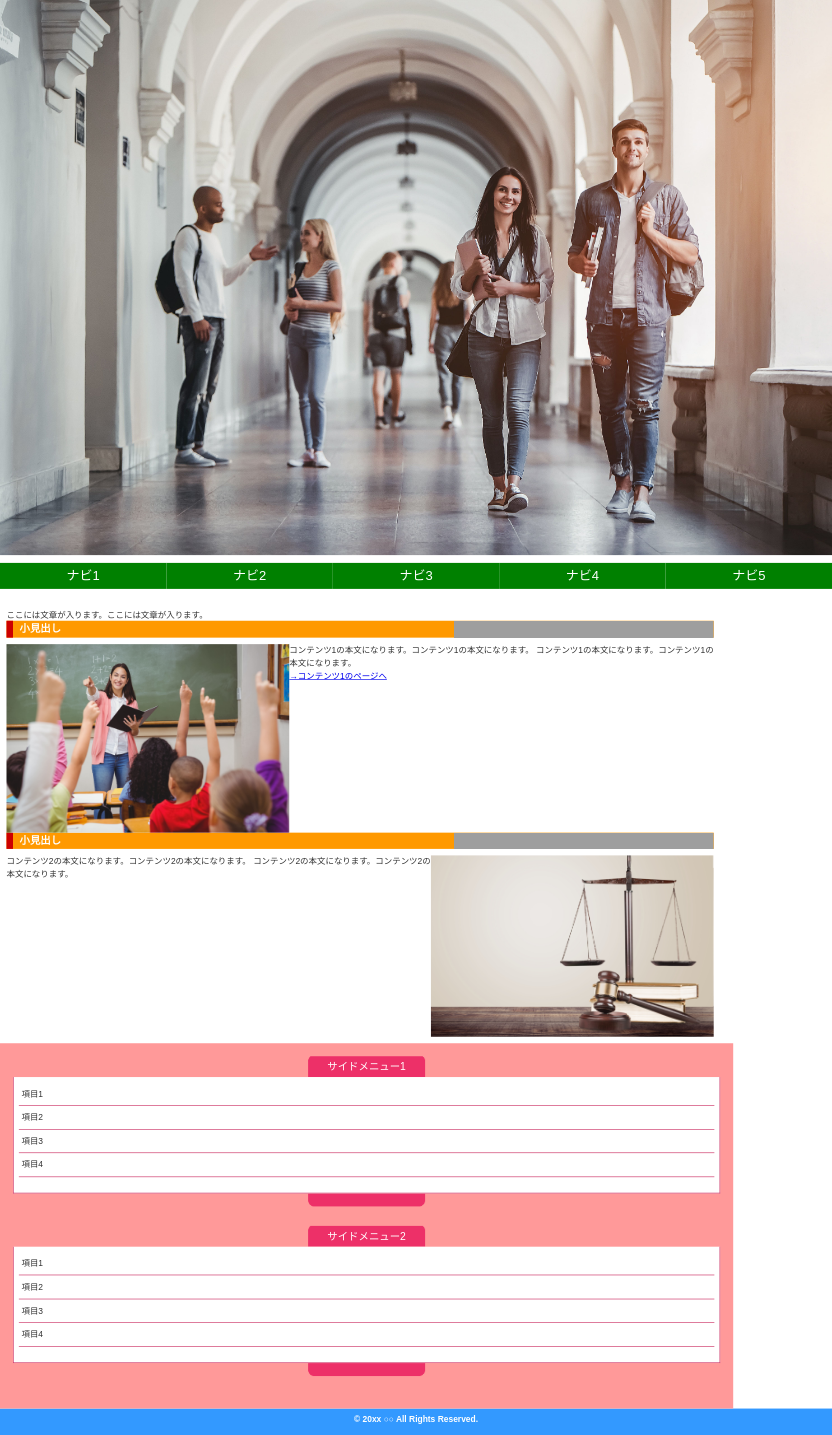
Repository: HeshaRI123/samurai_HTML-CSS
Page: index.html
The author's editor kept a record of every edit. The page is drawn from the files as they stood at one moment, then again after the next edit.
The browser window is 1280 px wide. The pictures show the whole page, at 65% of full size.
Pictures or frames that could not be fetched are drawn as grey boxes.

Above is the page before.

### index.html
<!DOCTYPE html>
<html lang="ja">
<head>
    <meta charset="UTF-8">
        <title>HTML/CSSの学習</title>
        <link rel="stylesheet" href="stylesheet.css">
</head>
<body>
    <div id="header">
        <h1><a href="index.html"><img id="corridor" src="images/corridor.jfif" alt="大学の廊下"></a> </h1>
    </div>
    <div id="wrapper">
        <div id="nav">
            <ul>
                <li><a href="home.html">ナビ1</a></li>
                <li><a href="#">ナビ2</a></li>
                <li><a href="#">ナビ3</a></li>
                <li><a href="#">ナビ4</a></li>
                <li><a href="#">ナビ5</a></li>
            </ul>
        </div>
        <div id="container">
            <div id="main">
                <div class="post">
                    <p>ここには文章が入ります。ここには文章が入ります。</p>
                </div>
                <div class="post clearfix">
                    <h2>小見出し</h2>
                    <img class="left" src="images/classroom.jpg" alt="授業風景" />
                    <p>
                        コンテンツ1の本文になります。コンテンツ1の本文になります。
                        コンテンツ1の本文になります。コンテンツ1の本文になります。
                    </p>
                    <p><a href="#">→コンテンツ1のページへ</a></p>
                </div>
                <div class="post clearfix">
                    <h2>小見出し</h2>
                    <img class="right" src="images/scale.jpg" alt="天秤" />
                    <p>
                        コンテンツ2の本文になります。コンテンツ2の本文になります。
                        コンテンツ2の本文になります。コンテンツ2の本文になります。
                    </p>
                </div>
            </div>
            <div id="side">
                <div class="box">
                    <h2>サイドメニュー1</h2>
                    <div class="boxBody">
                        <ul>
                            <li>項目1</li>
                            <li>項目2</li>
                            <li>項目3</li>
                            <li>項目4</li>
                        </ul>
                    </div>
                </div>
                <div class="box">
                    <h2>サイドメニュー2</h2>
                    <div class="boxBody">
                        <ul>
                            <li>項目1</li>
                            <li>項目2</li>
                            <li>項目3</li>
                            <li>項目4</li>
                        </ul>
                    </div>
                </div>

            </div>
        </div>
    </div>
    <div id="footer">
        <p>&copy; 20xx ○○ All Rights Reserved.</p>
    </div>
</body>
</html>

### stylesheet.css
@charset "utf-8";

body {
	margin: 0;
	padding: 0;
	font-family: "ヒラギノ角ゴ Pro W3", "Hiragino Kaku Gothic Pro", "メイリオ", Meiryo, Osaka, "ＭＳ Ｐゴシック", "MS PGothic", sans-serif;
	color: #333;
	font-size: 13px;
	line-height: 150%;
}

/* -------------------- wrapper -------------------- */
#wrapper {
    width: 100%;
    margin: auto;
    padding: 0px;
    border: 0px;
    background-color: #FFF;
    top: 10px;
    position: relative;
}

/* -------------------- header -------------------- */
#header {
	width: 100%;
}
#header h1 {
	margin: 0;
	padding: 0;
}

#corridor {
	width: 100%;
	height: auto;
}

/* -------------------- footer -------------------- */
#footer {
	clear: both;
	width: 100%;
	padding: 3px 0 3px 0;
	background: #39F;
	color: #FFF;
	font-weight: bold;
	text-align: center;
}

/* -------------------- nav -------------------- */
#nav {
	width: 100%;
}
#nav ul {
	display: flex;
	margin: 0;
	padding: 0;
	list-style-type: none;
}
#nav ul li {
	width: 20%;
	text-align: center;
}
#nav ul li a {
	display: block;
	height: 20px;
	margin: 0;
	padding: 10px;
	color: #FFF;
	font-size: 20px;
	text-decoration: none;
	background-color: green;
}


#nav ul li a:hover {
	filter:  drop-shadow(10px 10px 10px black)
}



/*---------------- container ------------------*/
#container {
    width: 100%;
    margin: auto;
    padding: auto;
    padding-top: 20px;
    clear: both;
    display: grid;
    grid-template-colums: 70vw 30vw;
}

/*---------- main -------------*/
#main {
	width: 85%;
	padding: 10px 30px 10px 10px;
}
#main h2 {
    margin: 0 0 10px 0;
    padding: 3px 10px 3px 10px;
    color: #FFF;
    font-size: 16px;
    border-left: solid 10px #c00;
    background: #f90 url(../images/main_h2.jpg) right top repeat-y;
}
#main p {
    margin: 0;
    padding: 0;
}
#main .post {
	magin: 0 0 30px 0;
}

#main .post img .right {
	margin: 0 0 0 8px;
}
#main .post img .left {
	margin: 0 8px 0 0;
}

.right {
	float: right;
	width: 40%;
	height: auto;
}
.left {
	float: left;
	width: 40%;
	height: auto;
}

/*------- clear fix --------*/
.clearfix {
	zoom: 1;
}
.clearfix:after {
	content: "";
	display: block;
	clear: both;
}

/*------- side ---------*/
#side {
	width: 85%;
	padding: 20px;
	background-color: #f99;
}
#side .box {
	margin: 0 auto 30px auto;
	padding: 0 0 20px 0;
	background: url(images/side_box.png) bottom no-repeat;
}
#side .box h2 {
	margin: 0;
	padding: 8px;
	text-align: center;
	color: #fff;
	font-size: 16px;
	line-height: 16px;
	font-weight: normal;
	background: url(images/side_box_h2.png) center no-repeat;
}
#side .box .boxBody {
	padding: 8px;
	border-right: solid 1px #c36;
	border-bottom: solid 1px #c36;
	border-left: solid 1px #c36;
	background: #fff;
}
#side .box .boxBody ul {
	margin: 0 0 16px 0;
	padding: 0;
}
#side .box .boxBody ul li {
	padding: 8px 0 8px 4px;
	list-style: none;
	border-bottom: solid 1px #C36
}

#side .box .boxBody ul li:hover {
	padding: 8px 0 8px 4px;
	list-style: none;
	border-bottom: solid 1px #c36;
	box-shadow: 0px 4px 4px rgba(0, 0, 0, 0.3);
}

After the next edit:
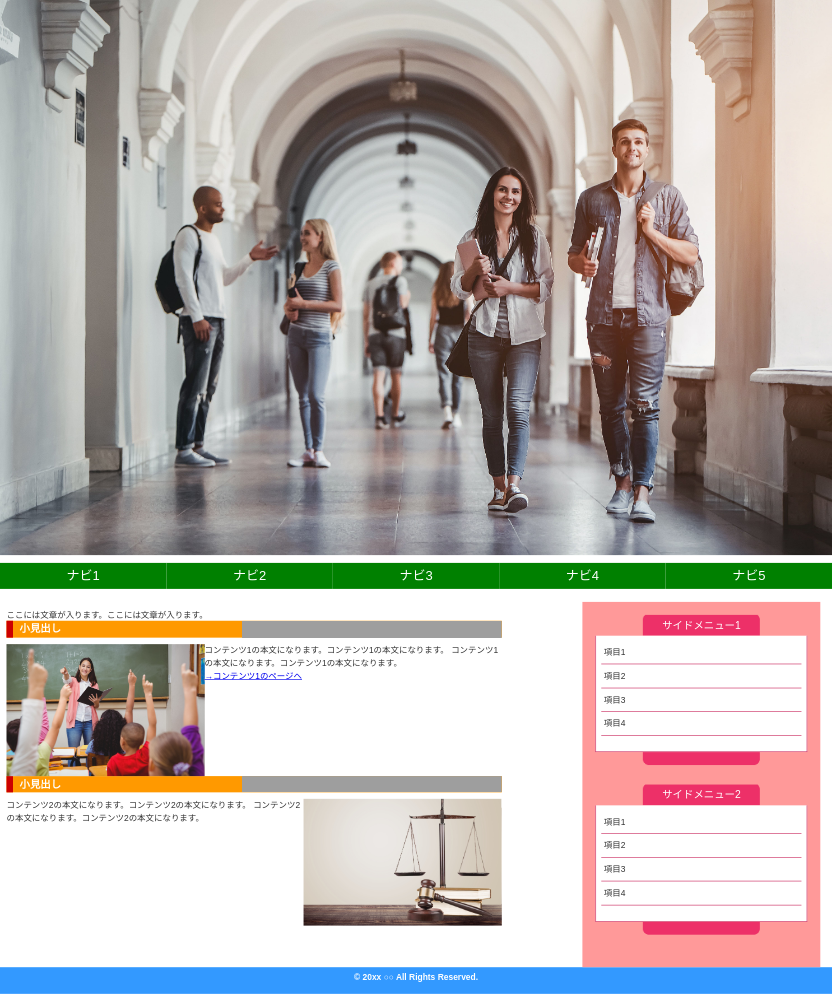
The edit:
--- a/stylesheet.css
+++ b/stylesheet.css
@@ -85,7 +85,7 @@
     padding-top: 20px;
     clear: both;
     display: grid;
-    grid-template-colums: 70vw 30vw;
+    grid-template-columns: 70vw 30vw;
 }
 
 /*---------- main -------------*/
